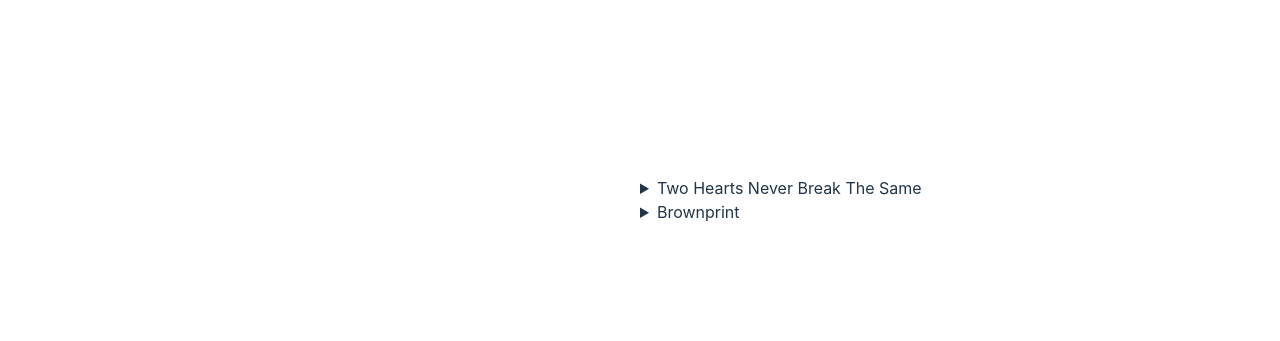
Repository: GavinPahal/my_app
Page: / (app in react/)
The author's editor kept a copy of each file at every save. The page is drawn from the files as they stood at one save, then again after the next save.
The browser window is 1280 px wide. The pictures show the whole page.
The project was rebuilt for these pictures with package versions that can differ from the ones it lists, and the page was loaded fresh each time. Also part of the build but not shown: react/vite.config.js.

Above is the page before, as saved 2024-09-14 11:15:48.

### react/src/App.jsx
import { useState } from 'react'
import ap from '/Untitled-34.jpg'
import './App.css'

function App() {
  const [count, setCount] = useState(0)

  return (
    <>

   <div className='album'>
      <details name="reqs">
  <summary>Two Hearts Never Break The Same</summary>
  <ol>
    <li>All Night(Live)</li>
    <li>Hills</li>
    <li>SummerHigh</li>
    <li>Wo Noor</li>
    <li>Dil Nu</li>
  </ol>
</details>
<details name="reqs">
  <summary>Brownprint</summary>
  <ol>
    <li>Brownprint</li>
    <li>315</li>
    <li>Old Money</li>
    <li>Losing Myself</li>
    <li>Distance</li>
    <li>After Midnight</li>
    <li>Bora Bora</li>
    <li>Sweet Flower</li>
    <li>To Be Contuined</li>
  </ol>
</details>
</div>
    </>
  )
}

export default App

### react/src/App.css
.image{
  display: flex;
  padding-top: 10rem;
}


.album{
display: flex;
flex-direction: column;
justify-content:center;
padding-left: 40rem;
padding-bottom: 20rem;
}

Loaded but not shown: react/index.html (common file); react/src/main.jsx (common file); react/src/index.css (common file)

After the next save:
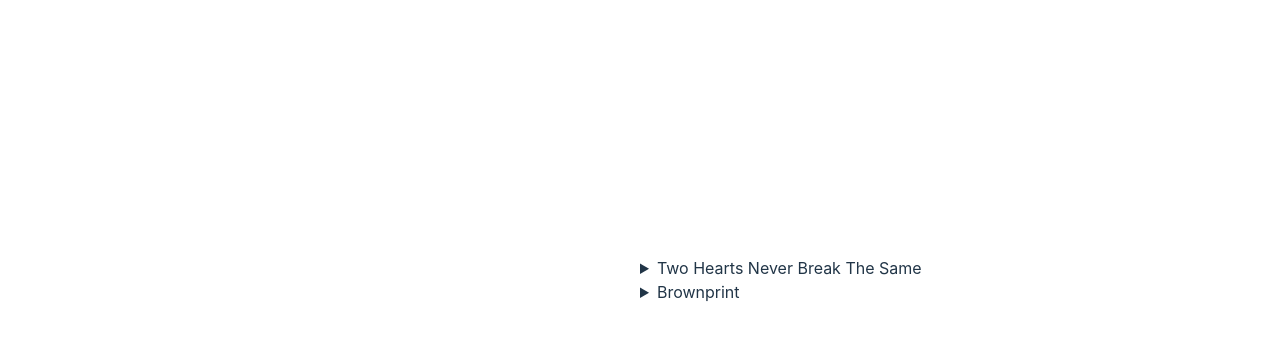
Saved 66 s later.
--- a/react/src/App.css
+++ b/react/src/App.css
@@ -9,5 +9,5 @@
 flex-direction: column;
 justify-content:center;
 padding-left: 40rem;
-padding-bottom: 20rem;
+padding-bottom: 10rem;
 }
